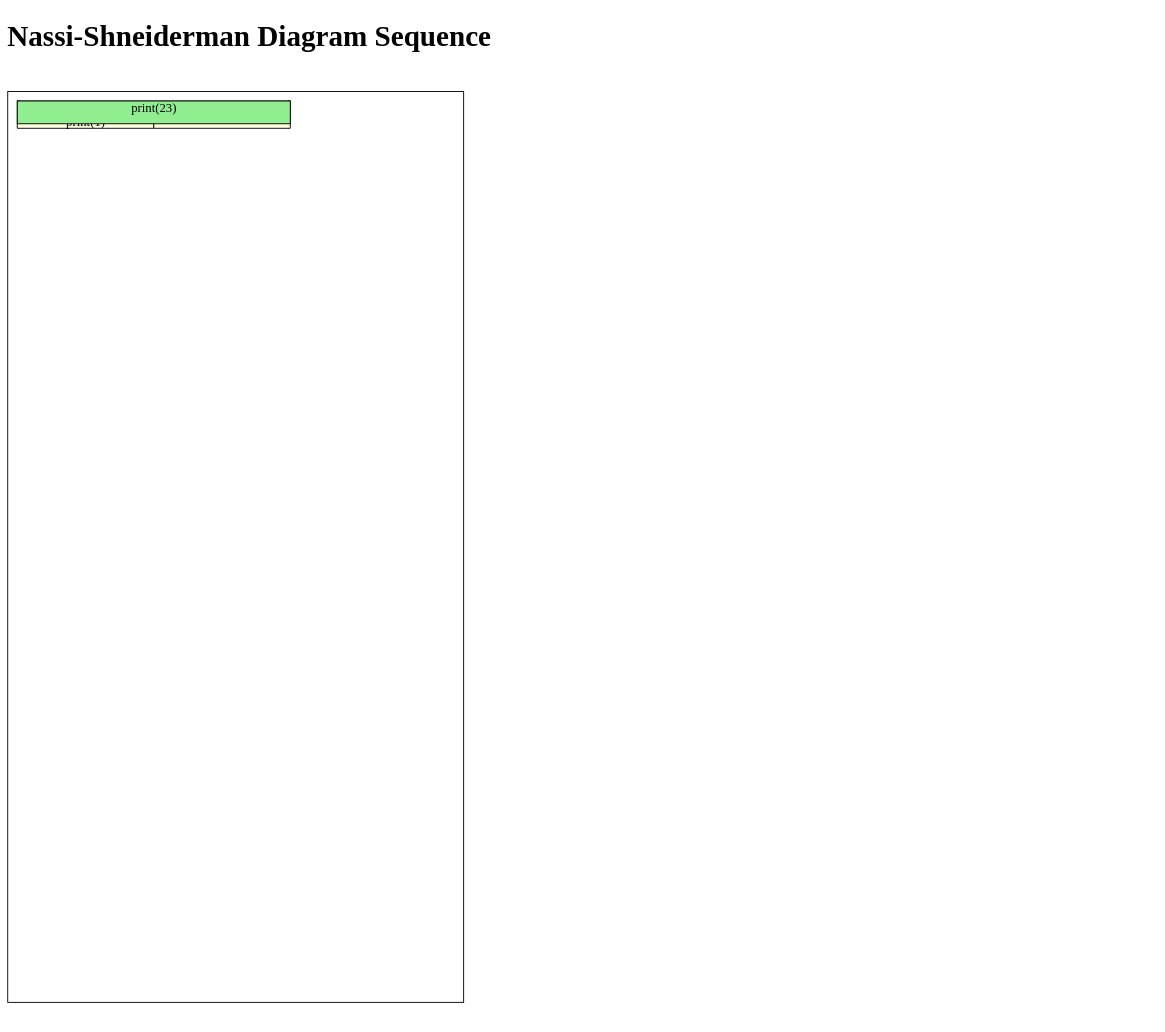
Repository: fabsch225/Nassi-Shneiderman-Compiler
Page: demo.html
The author's editor kept a copy of each file at every save. The page is drawn from the files as they stood at one save, then again after the next save.
The browser window is 1280 px wide. The pictures show the whole page, at 91% of full size.

Above is the page before, as saved 2024-05-15 23:24:30.

### demo.html
<!DOCTYPE html>
<html lang="en">
<head>
<meta charset="UTF-8">
<meta name="viewport" content="width=device-width, initial-scale=1.0">
<title>Nassi-Shneiderman Diagram Sequence</title>
<script src="src/nassi_svg_api.js"></script>
<script src="src/compiler.js"></script>
<script src="src/converter.js"></script>
<style>
    svg {
        border: 1px solid black;
        margin: 20px auto;
        width: 500px;
        height: 1000px;
    }
</style>
</head>
<body>
<h1>Nassi-Shneiderman Diagram Sequence</h1>
<svg id="canvas" ></svg>
<script>
    var svgContainer = document.getElementById('canvas');


    //Manual creation of a Nassi-Shneiderman diagram
    /*svgContainer.innerHTML += createSequenceBlock(10, 10, 300, 50, "Start").svgAppendix;
    var block = createDecisionBlock(10, 60, 300, 100, "Was ist Schwerer", "1 Kg Federn", "1 Kg Gold");
    svgContainer.innerHTML += block.svgAppendix;
    var bounds1 = block.children[0];
    var bounds2 = block.children[1];
    var option1 = createSequenceBlock(bounds1.start_x, bounds1.start_y, bounds1.width, bounds1.height, "Das ist richtig");
    var option2 = createSequenceBlock(bounds2.start_x, bounds2.start_y, bounds2.width, bounds2.height, "Das ist richtig");
    svgContainer.innerHTML += option1.svgAppendix;
    svgContainer.innerHTML += option2.svgAppendix;*/

    // Example usage:
    const code = `
        if (1 < 2) {
            print(1)
        }
        print(23)
    `;
    var svg = convert(10, 10, 300, 50, lex_front(code));
    svgContainer.innerHTML += svg;
</script>
</body>
</html>

### src/nassi_svg_api.js
function createStartEndBlock(x, y, width, height) {
    var h = 20;
    var svgAppendix =  `<rect x="${x}" y="${y}" width="${width}" height="${h}" stroke="black" fill="lightblue" />
        <text x="${x + width / 2}" y="${y + height / 2}" font-size="14px" fill="black" text-anchor="middle">Start</text>`;
    svgAppendix +=  `<rect x="${x}" y="${y + height - h}" width="${width}" height="${h}" stroke="black" fill="lightblue" />
        <text x="${x + width / 2}" y="${y + height / 2}" font-size="14px" fill="black" text-anchor="middle">End</text>`;
    var child = {start_x: x, start_y: y + h, width: width, height: height - 2 * h};

    return {svgAppendix: svgAppendix, children: [child]};
}

function createSequenceBlock(x, y, width, height, content) {
    svgAppendix = `<rect x="${x}" y="${y}" width="${width}" height="${height}" stroke="black" fill="lightgreen" />
        <text x="${x + width / 2}" y="${y + height / 2}" font-size="14px" fill="black" text-anchor="middle">${content}</text>`;
    return {svgAppendix: svgAppendix, children: []};
}

function createDecisionBlock(x, y, width, height, question, answerA, answerB) {
    var h = 20;
    var h_extra = h / 2;
    svgAppendix = `<polygon points="${x},${y} ${x + width},${y} ${x + width / 2},${y + h}" stroke="black" fill="lightyellow" />
        <polygon points="${x},${y} ${x},${y + h + h_extra} ${x + width / 2},${y + h + h_extra} ${x + width / 2},${y + h}" stroke="black" fill="lightyellow" />
        <polygon points="${x + width},${y} ${x + width},${y + h + h_extra} ${x + width / 2},${y + h + h_extra} ${x + width / 2},${y + h}" stroke="black" fill="lightyellow" />
        <text x="${x + width / 2}" y="${y + h / 2}" font-size="14px" fill="black" text-anchor="middle">${question}</text>
        <text x="${x + 7 * width / 8}" y="${y + h}" font-size="14px" fill="black" text-anchor="middle">${answerB}</text>
        <text x="${x + width / 8}" y="${y + h}" font-size="14px" fill="black" text-anchor="middle">${answerA}</text>`;

    childA = {start_x: x, start_y: y + h + h_extra, width: width / 2, height: height - h - h_extra};
    childB = {start_x: x + width / 2, start_y: y + h + h_extra, width: width / 2, height: height - h - h_extra};

    return {svgAppendix: svgAppendix, children: [childA, childB]};
}

// TODO: function createSwitchCaseBlock
// more...

### src/compiler.js
const tokens = ['if']
const branchers = ['{', '}']
const brackets = ['(', ')']

//
// 0: function call
// 1: ifs
// 2: ifs and else

function is_token(s) {
    return tokens.includes(s)
}

function is_token_prefix(s) { //maybe not the correct def of prefix
    if (is_token(s)) {
        return false
    }
    for (let i = 0; i < tokens.length; i++) {
        if (tokens[i].startsWith(s)) {
            return true
        }
    }
    return false
}

function get_arguments(s, i) {
    if (s[i] !== brackets[0]) {
        console.log(s[i])
        throw new Error('Expected (')
    }
    let arguments = ''
    let next_char = ''
    i += 1
    while (next_char !== brackets[1]) {
        arguments += s[i]
        i++
        next_char = s[i]
    }
    return {args: arguments, index: i + 1}
}

function lex_front(s) {
    return lex_back(s.replace(/\s/g, ''));
}

function lex_back(s) {
    console.log("Compiling: " + s)
    let i = 0
    let current_token = ''
    let tokens = []
    while (i < s.length) {
        while (is_token_prefix(current_token)) {
            current_token += s[i]
            i++
        }
        if (is_token(current_token)) {
            if (current_token === 'if') {
                var type = 1
                var branches = []
                var arguments = []

                var current_arguments = get_arguments(s, i)
                i = current_arguments.index

                console.log(current_arguments.args)

                if (s[i] !== branchers[0]) {
                    console.log(s[i])
                    throw new Error('Expected {')
                }
                i += 1
                var branch = ''
                var next_char = ''
                while (next_char !== branchers[1]) {
                    if (i > s.length) {
                        throw new Error('Expected }')
                    }
                    branch += s[i]
                    i++
                    next_char = s[i]
                }
                i += 1
                branches.push(lex_back(branch))
                arguments.push(current_arguments.args)

                while (s.substring(i, i + 6) === 'elseif') {
                    i += 6
                    var current_arguments = get_arguments(s, i)
                    i = current_arguments.index
                    if (s[i] !== branchers[0]) {
                        throw new Error('Expected {')
                    }
                    i += 1
                    var branch = ''
                    var next_char = ''
                    while (next_char !== branchers[1]) {
                        if (i > s.length) {
                            throw new Error('Expected }')
                        }
                        branch += s[i]
                        i++
                        next_char = s[i]
                    }
                    i += 1

                    branches.push(lex_back(branch))
                    arguments.push(current_arguments.args)
                }
                if (s.substring(i, i + 4) === 'else') {
                    type = 2
                    i += 4
                    i += 1
                    var branch = ''
                    var next_char = ''
                    while (next_char !== branchers[1]) {
                        if (i > s.length) {
                            throw new Error('Expected }')
                        }
                        branch += s[i]
                        i++
                        next_char = s[i]
                    }
                    i += 1
                    branches.push(lex_back(branch))
                }

                tokens.push({
                    type: type,
                    name: current_token,
                    arguments: arguments,
                    branches: branches
                })
            }
        }
        else {
            while (s[i] != brackets[0]) {
                if (i > s.length) {
                    throw new Error('Expected (')
                }
                current_token += s[i]
                i++
            }
            var current_arguments = get_arguments(s, i)
            i = current_arguments.index
            tokens.push({
                type: 0,
                name: current_token,
                arguments: [current_arguments.args],
                branches: []
            })
        }
        current_token = ''
    }
    return tokens
}

### src/converter.js
function convert(x, y, width, height, tree) {
    console.log("Converting ", tree)
    let svgAppendix = ''
    let h = height / tree.length
    let current_y = y
    for (let block of tree) {
        if (block.type == 0) { // sequential statement - function call
            svgAppendix += createSequenceBlock(x, current_y, width, h, block.name + '(' + block.arguments[0] + ')').svgAppendix
            current_y += h
        }
        else if (block.type == 1) { //ifs
            if (block.branches.length != 1) {
                throw new Error('Expected 1 branches, Nassi-Shneiderman diagrams only support single IF or one IF-ELSE statement')
            }
            var sub_block = createDecisionBlock(x, current_y, width, h, block.name + '(' + block.arguments[0] + ')', "TRUE", "FALSE");
            svgAppendix += sub_block.svgAppendix;
            var bounds1 = sub_block.children[0];
            svgAppendix += convert(bounds1.start_x, bounds1.start_y, bounds1.width, bounds1.height, block.branches[0]);
        }
        else if (block.type == 2) { //ifs and else

        }
    }
    return svgAppendix
}

function getHeight() {

}

After the next save:
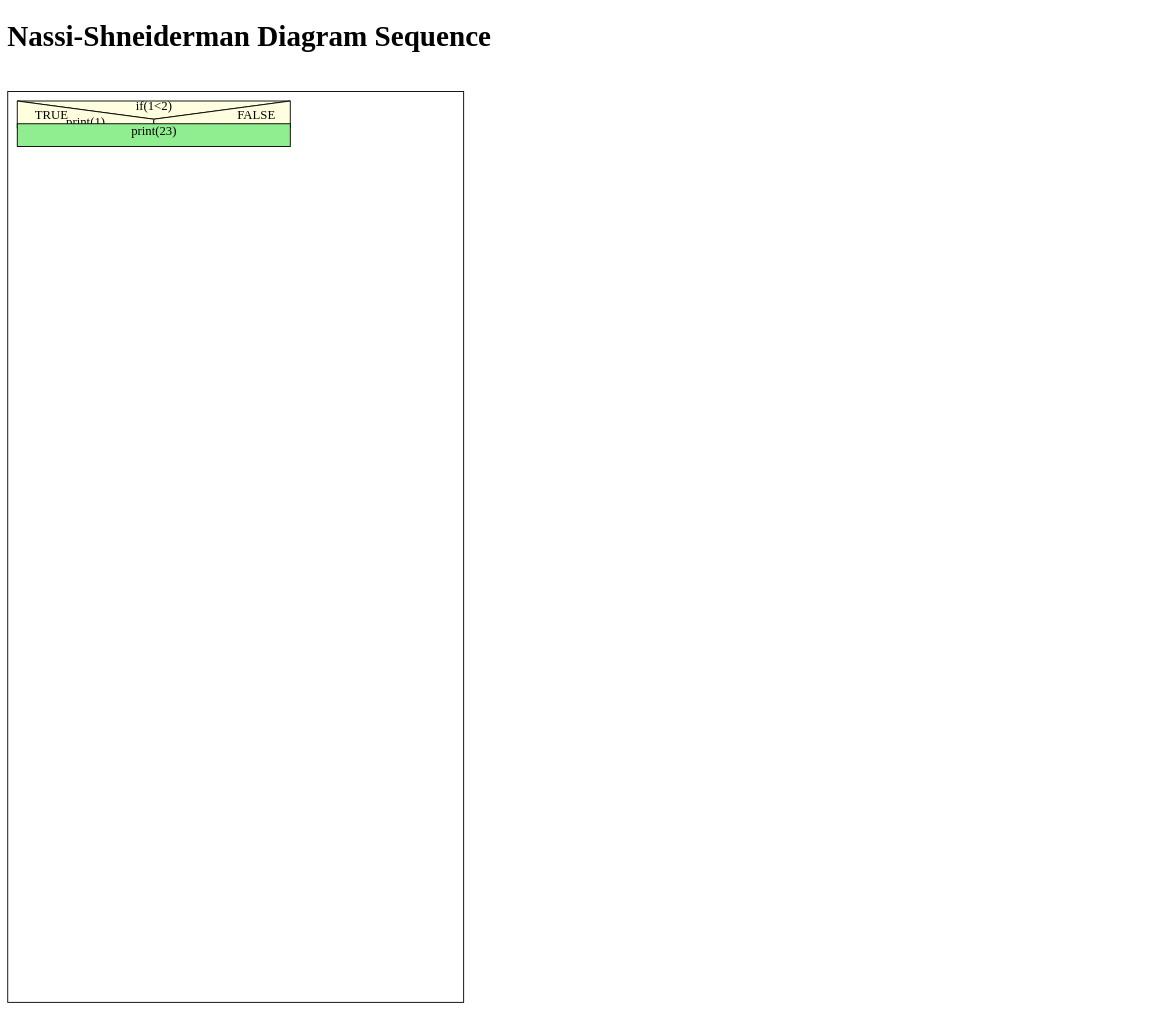
Saved 40 s later.
--- a/src/converter.js
+++ b/src/converter.js
@@ -16,6 +16,7 @@ function convert(x, y, width, height, tree) {
             svgAppendix += sub_block.svgAppendix;
             var bounds1 = sub_block.children[0];
             svgAppendix += convert(bounds1.start_x, bounds1.start_y, bounds1.width, bounds1.height, block.branches[0]);
+            current_y += h
         }
         else if (block.type == 2) { //ifs and else
 
